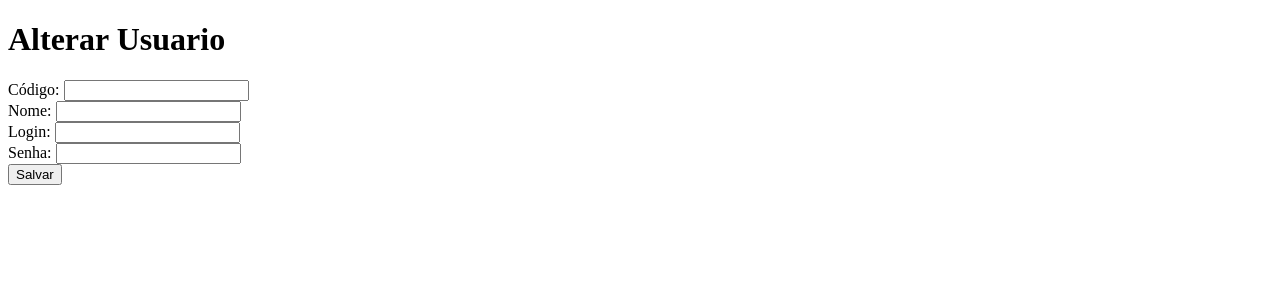
Repository: GustaTZ/java-faculdade
Page: http://localhost/gerenciador-usuarios__/formalterar.jsp
An editor plug-in stored every save of this project. The page is shown before and after the next save, followed by the edit.
The browser window is 1280 px wide. The pictures show the whole page.
The page is served by Tomcat 9.

Above is the page before, as saved 2022-11-18 13:36:55.

After the next save:
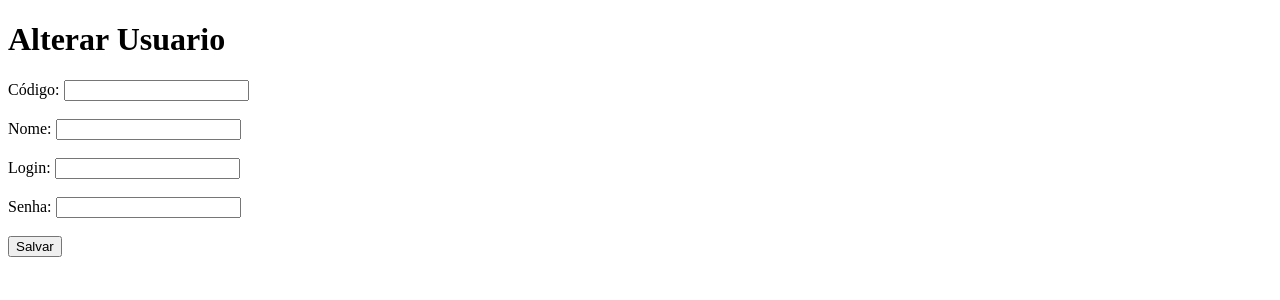
Saved 87 s later.
--- a/gerenciador-usuarios__/src/main/webapp/formalterar.jsp
+++ b/gerenciador-usuarios__/src/main/webapp/formalterar.jsp
@@ -9,10 +9,10 @@
 <body>
 <h1>Alterar Usuario</h1>
 <form action="portal" method="post">
-	Código: <input type="text" name="txtcodigo" readonly><br>
-	Nome: <input type="text" name="txtcodigo" autocomplete="off"><br>
-	Login: <input type="text" name="txtlogin" autocomplete="off"><br>
-	Senha: <input type="text" name="txtsenha"><br>
+	Código: <input type="text" name="txtcodigo" readonly><br><br>
+	Nome: <input type="text" name="txtcodigo" autocomplete="off"><br><br>
+	Login: <input type="text" name="txtlogin" autocomplete="off"><br><br>
+	Senha: <input type="text" name="txtsenha"><br><br>
 	<input type="submit" value="Salvar">
 </form>
 </body>
